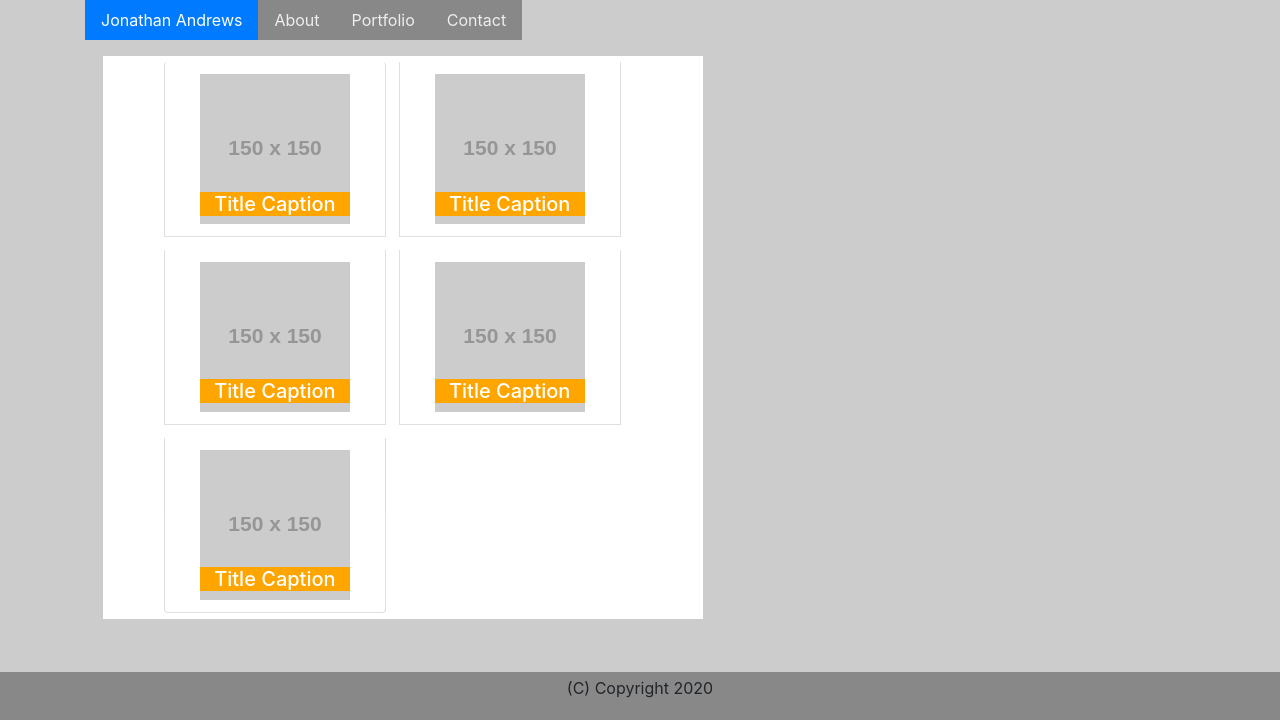
Repository: ionathas78/ionathas78.github.io
Page: portfolio.html
An editor plug-in stored every save of this project. The page is shown before and after the next save, followed by the edit.
The browser window is 1280 px wide. The pictures show the whole page.

Above is the page before, as saved 2020-03-17 18:24:59.

### portfolio.html
<!DOCTYPE html>
<html lang="en">
<head>
    <meta charset="UTF-8">
    <meta name="viewport" content="width=device-width, initial-scale=1.0">
    <title>Jonathan Andrews</title>

    <link rel="stylesheet" href="https://stackpath.bootstrapcdn.com/bootstrap/4.4.1/css/bootstrap.min.css" integrity="sha384-Vkoo8x4CGsO3+Hhxv8T/Q5PaXtkKtu6ug5TOeNV6gBiFeWPGFN9MuhOf23Q9Ifjh" crossorigin="anonymous">
    <style type="text/CSS">.list-group-item, li:first-child {border-top: 0;}</style>
</head>
<body style="background-color: #ccc">
    <header class="container" style="width: 100%; background-color: #888;">
        <ul class="nav float-left" style="background-color: #888">
            <li class="nav-item bg-primary">
              <a class="nav-link active" href="#" style="color: white;">Jonathan Andrews</a>
            </li>
        </ul>
        <ul class="nav float-left" style="background-color: #888">
            <li class="nav-item">
              <a class="nav-link" href="index.html" style="color: #eee;">About</a>
            </li>
            <li class="nav-item">
              <a class="nav-link active" href="portfolio.html" style="color: #eee;">Portfolio</a>
            </li>
            <li class="nav-item">
                <a class="nav-link" href="contact.html" style="color: #eee;">Contact</a>
            </li>
        </ul>
    </header>

    <div class="container">
        <div class="row" style="clear:both;">
            <div class="col-md-7">
                <div class="container clearfix" style="max-width: 600px; background-color: white;">
                    <!-- <ul class="list-group list-group-horizontal float-left"> -->
                    <ul>
                        <li class="list-group-item float-left" style="margin: 0.5vw;">
                            <div class="container">
                                <a style="position: relative;" href="" target="_blank"><img src="https://via.placeholder.com/150" alt="Placeholder Item Image"/></a>
                                <h5 style="position: absolute; background-color: orange; color: white; bottom: 1vw; width: 150px; text-align: center;">Title Caption</h5>
                            </div>
                        </li>
                        <li class="list-group-item float-left" style="margin: 0.5vw;">
                            <div class="container">
                                <a style="position: relative;" href="" target="_blank"><img src="https://via.placeholder.com/150" alt="Placeholder Item Image"/></a>
                                <h5 style="position: absolute; background-color: orange; color: white; bottom: 1vw; width: 150px; text-align: center;">Title Caption</h5>
                            </div>
                        </li>
                        <li class="list-group-item float-left" style="margin: 0.5vw;">
                            <div class="container">
                                <a style="position: relative;" href="" target="_blank"><img src="https://via.placeholder.com/150" alt="Placeholder Item Image"/></a>
                                <h5 style="position: absolute; background-color: orange; color: white; bottom: 1vw; width: 150px; text-align: center;">Title Caption</h5>
                            </div>
                        </li>
                        <li class="list-group-item float-left" style="margin: 0.5vw;">
                            <div class="container">
                                <a style="position: relative;" href="" target="_blank"><img src="https://via.placeholder.com/150" alt="Placeholder Item Image"/></a>
                                <h5 style="position: absolute; background-color: orange; color: white; bottom: 1vw; width: 150px; text-align: center;">Title Caption</h5>
                            </div>
                        </li>
                        <li class="list-group-item float-left" style="margin: 0.5vw;">
                            <div class="container">
                                <a style="position: relative;" href="" target="_blank"><img src="https://via.placeholder.com/150" alt="Placeholder Item Image"/></a>
                                <h5 style="position: absolute; background-color: orange; color: white; bottom: 1vw; width: 150px; text-align: center;">Title Caption</h5>
                            </div>
                        </li>
                      </ul>
                </div>
            </div>
        </div>
    </div>

    <footer style="position: fixed; bottom: 0; background-color: #888; width: 100%;">
        <p style="line-height: 200%; text-align: center;">
            (C) Copyright 2020
        </p>
    </footer>
    <!-- JS Scripts -->

    <script src="https://code.jquery.com/jquery-3.4.1.slim.min.js" integrity="sha384-J6qa4849blE2+poT4WnyKhv5vZF5SrPo0iEjwBvKU7imGFAV0wwj1yYfoRSJoZ+n" crossorigin="anonymous"></script>
    <script src="https://cdn.jsdelivr.net/npm/popper.js@1.16.0/dist/umd/popper.min.js" integrity="sha384-Q6E9RHvbIyZFJoft+2mJbHaEWldlvI9IOYy5n3zV9zzTtmI3UksdQRVvoxMfooAo" crossorigin="anonymous"></script>
    <script src="https://stackpath.bootstrapcdn.com/bootstrap/4.4.1/js/bootstrap.min.js" integrity="sha384-wfSDF2E50Y2D1uUdj0O3uMBJnjuUD4Ih7YwaYd1iqfktj0Uod8GCExl3Og8ifwB6" crossorigin="anonymous"></script>
</body>
</html>

After the next save:
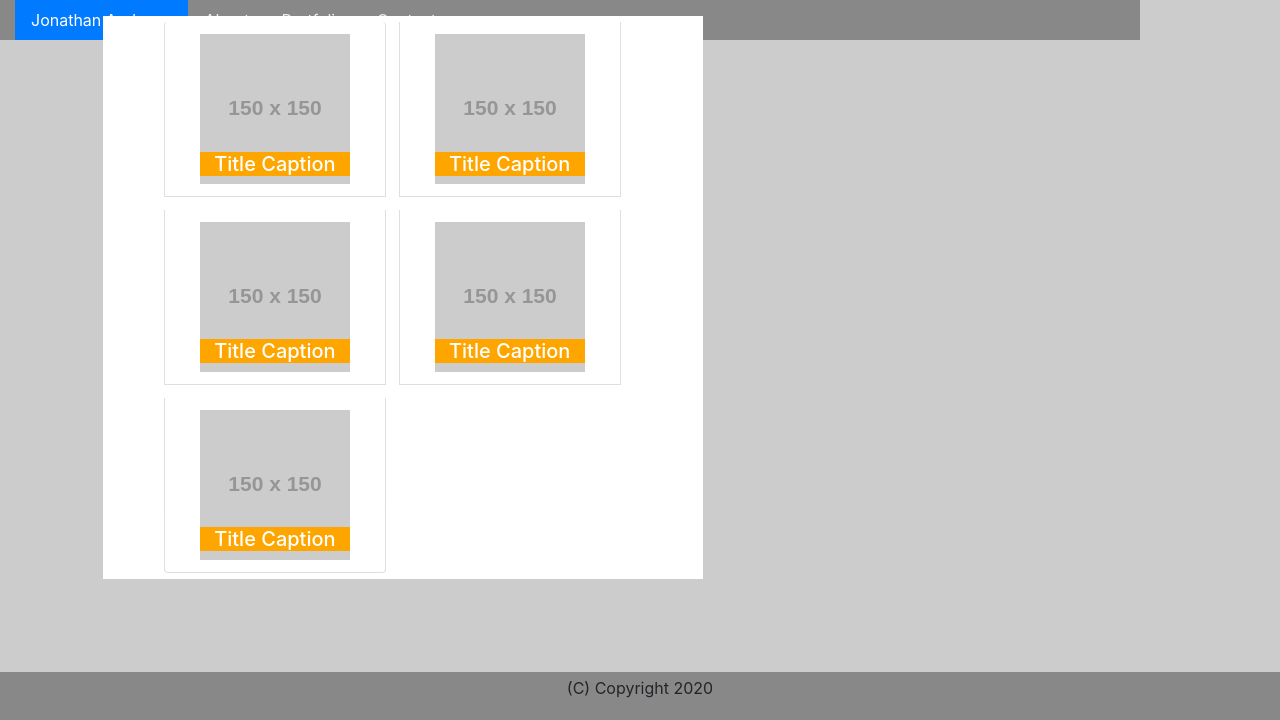
Saved 43 s later.
--- a/portfolio.html
+++ b/portfolio.html
@@ -9,7 +9,7 @@
     <style type="text/CSS">.list-group-item, li:first-child {border-top: 0;}</style>
 </head>
 <body style="background-color: #ccc">
-    <header class="container" style="width: 100%; background-color: #888;">
+    <header class="container" style="position:fixed; top:0; width: 100%; background-color: #888;">
         <ul class="nav float-left" style="background-color: #888">
             <li class="nav-item bg-primary">
               <a class="nav-link active" href="#" style="color: white;">Jonathan Andrews</a>
